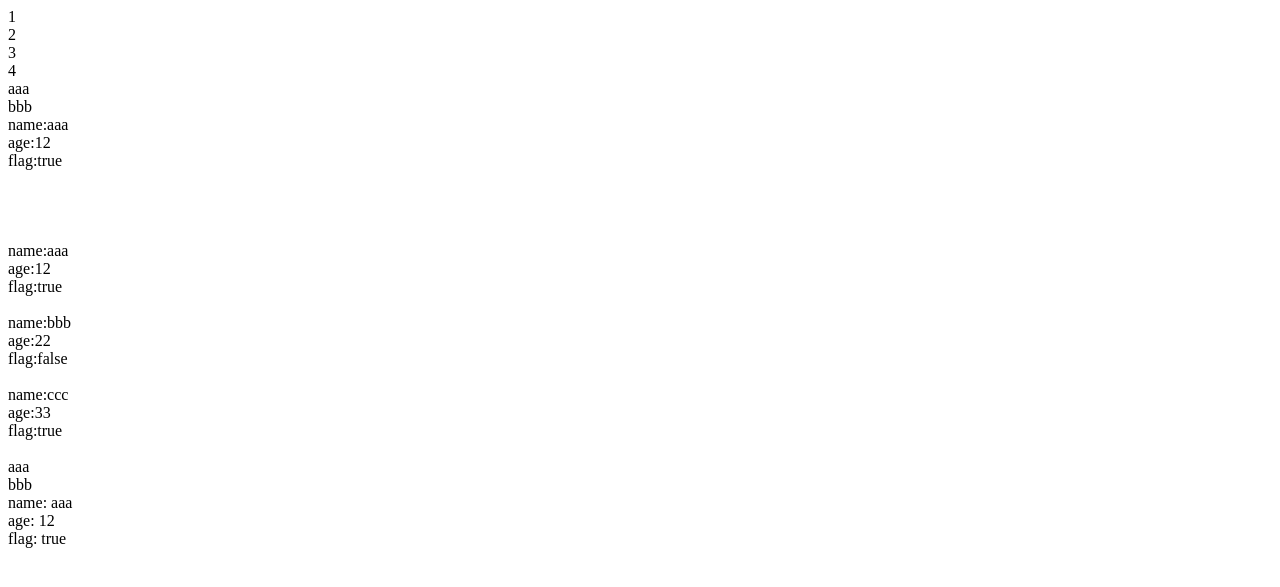
Repository: HmDol/Spring_study
Page: http://localhost/project1/javascript.jsp
The author's editor kept a copy of each file at every save. The page is drawn from the files as they stood at one save, then again after the next save.
The browser window is 1280 px wide. The pictures show the whole page.
The page is served by Tomcat 10. Other server files are loaded and not shown.

Above is the page before, as saved 2023-09-06 01:22:54.

### project1/src/main/webapp/javascript.jsp
<%@ page language="java" contentType="text/html; charset=EUC-KR"
    pageEncoding="EUC-KR"%>
<!DOCTYPE html>
<html>
<head>
<meta charset="EUC-KR">
<title>Insert title here</title>
</head>
<body>

<script>
let arr = [1,2,3];
arr[3] = 4;

for(i=0;i<arr.length;i++){
	document.write(arr[i]+"<br/>");
}

let arr2 = new Array();
arr2[0] = "aaa";
arr2[1] = "bbb";

for(i=0;i<arr2.length;i++){
	document.write(arr2[i]+"<br/>");
}

let obj = {"name":"aaa", "age":12, "flag":true};
document.write("name:"+obj.name+"<br/>");
document.write("age:"+obj.age+"<br/>");
document.write("flag:"+obj.flag+"<br/>");

let arr3 = [{"name":"aaa", "age":12, "flag":true},
	{"name":"bbb", "age":22, "flag":false},
	{"name":"ccc", "age":33, "flag":true}];
	document.write("<br/><br/><br/><br/>");
for(i=0; i<arr3.length;i++){
	document.write("name:"+arr3[i].name+"<br/>");
	document.write("age:"+arr3[i].age+"<br/>");
	document.write("flag:"+arr3[i].flag+"<br/>");
	document.write("</br>");
}

for(let s of arr2){ // 값을 꺼내옴
	document.write(s+"</br>");
}

for(let a in obj){ // 맴버변수슬 하나씩 꺼내서 씀
	document.write(a+": "+ obj[a]+"</br>");
}
</script>

</body>
</html>

After the next save:
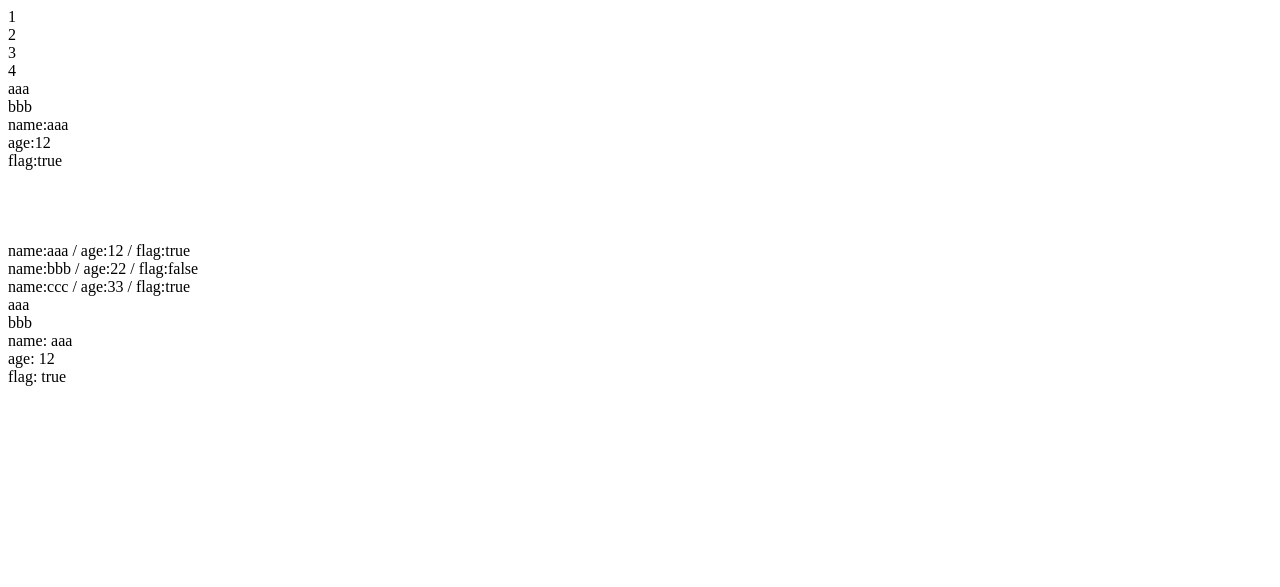
Saved 32 s later.
--- a/project1/src/main/webapp/javascript.jsp
+++ b/project1/src/main/webapp/javascript.jsp
@@ -34,9 +34,9 @@ let arr3 = [{"name":"aaa", "age":12, "flag":true},
 	{"name":"ccc", "age":33, "flag":true}];
 	document.write("<br/><br/><br/><br/>");
 for(i=0; i<arr3.length;i++){
-	document.write("name:"+arr3[i].name+"<br/>");
-	document.write("age:"+arr3[i].age+"<br/>");
-	document.write("flag:"+arr3[i].flag+"<br/>");
+	document.write("name:"+arr3[i].name+" / ");
+	document.write("age:"+arr3[i].age+" / ");
+	document.write("flag:"+arr3[i].flag);
 	document.write("</br>");
 }
 
